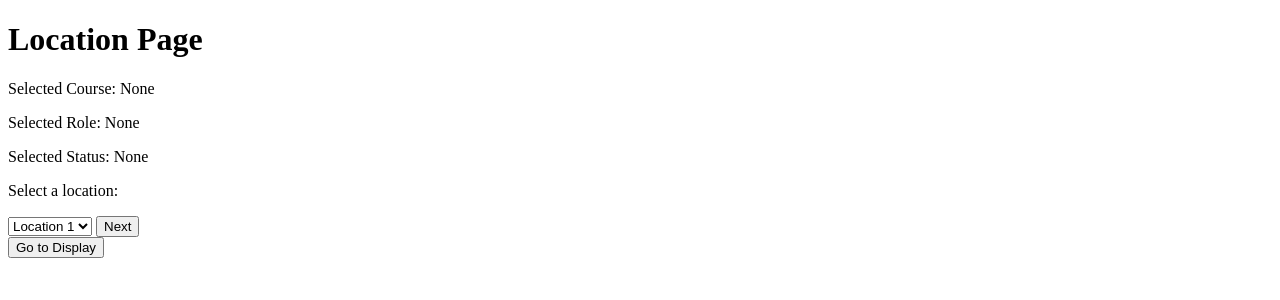
Repository: harneet862/hacked_beta
Page: http://localhost/location
The author's editor kept a copy of each file at every save. The page is drawn from the files as they stood at one save, then again after the next save.
The browser window is 1280 px wide. The pictures show the whole page.
The page is served by the project's application, run on Flask 3 (app.py).

Above is the page before, as saved 2024-11-09 20:39:45.

After the next save:
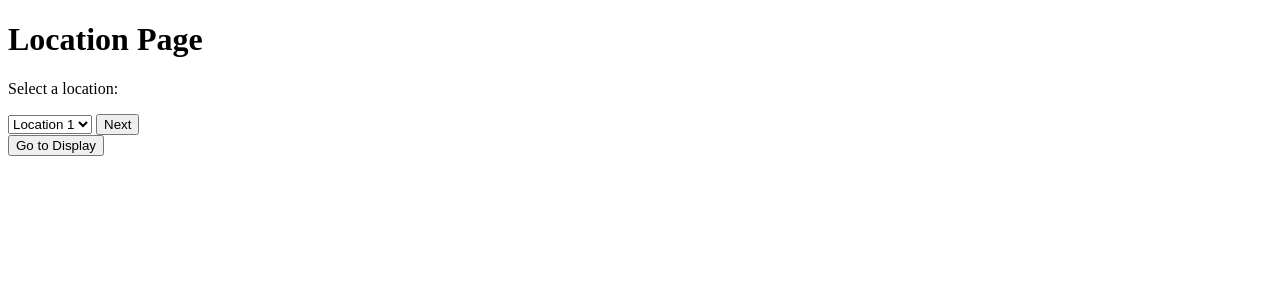
Saved 5 s later.
--- a/templates/location.html
+++ b/templates/location.html
@@ -6,9 +6,6 @@
 </head>
 <body>
     <h1>Location Page</h1>
-    <p>Selected Course: {{ selected_course }}</p>
-    <p>Selected Role: {{ selected_role }}</p>
-    <p>Selected Status: {{ selected_status }}</p>
     <p>Select a location:</p>
     <form action="{{ url_for('location') }}" method="POST">
         <select name="dropdown">
